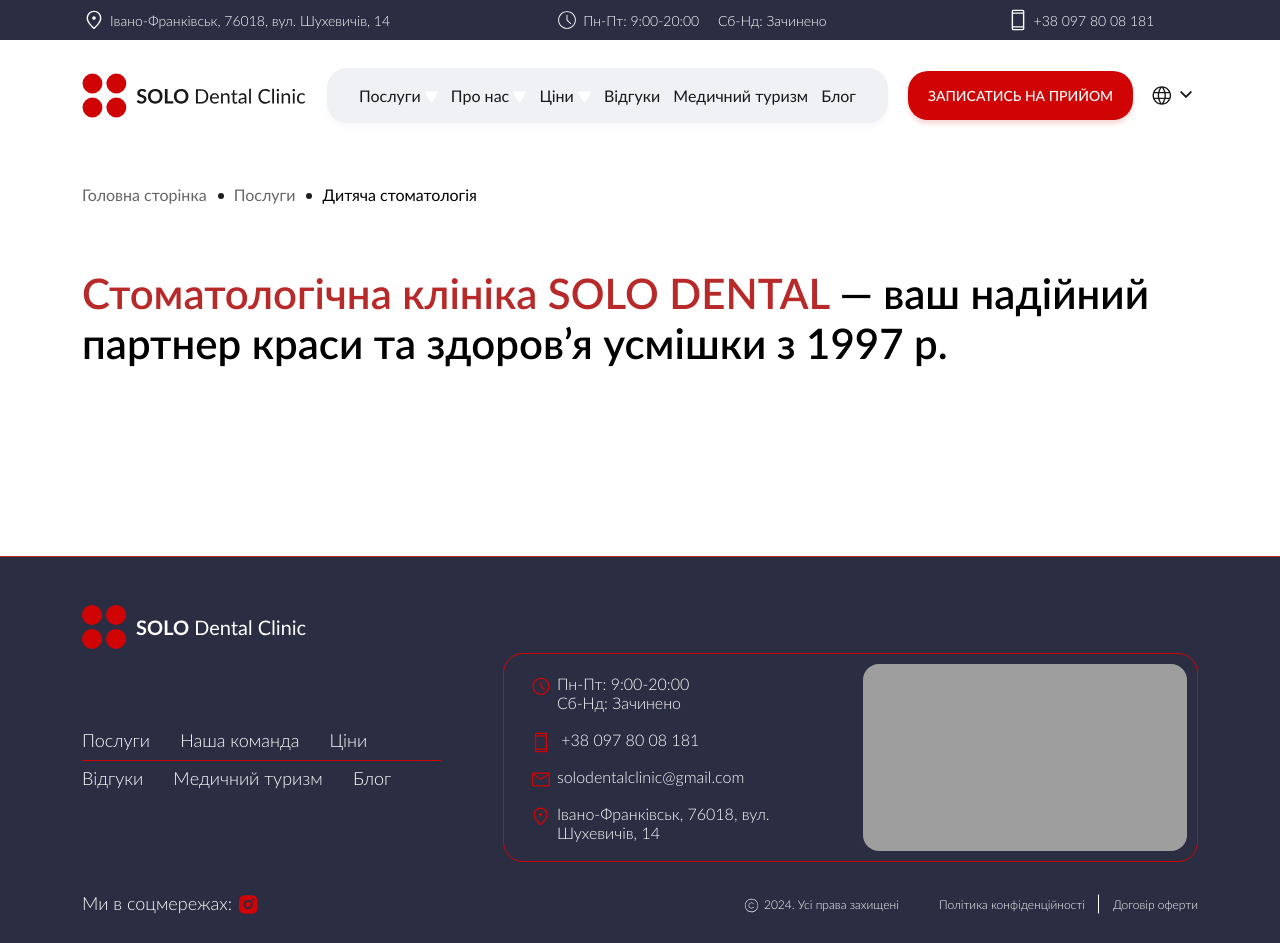
Repository: TarasDutchak/dental-clinic
Page: pediatric-dentistry.html
An editor plug-in stored every save of this project. The page is shown before and after the next save, followed by the edit.
The browser window is 1280 px wide. The pictures show the whole page.
Pictures or frames that could not be fetched are drawn as grey boxes.

Above is the page before, as saved 2024-12-31 07:34:06.

After the next save:
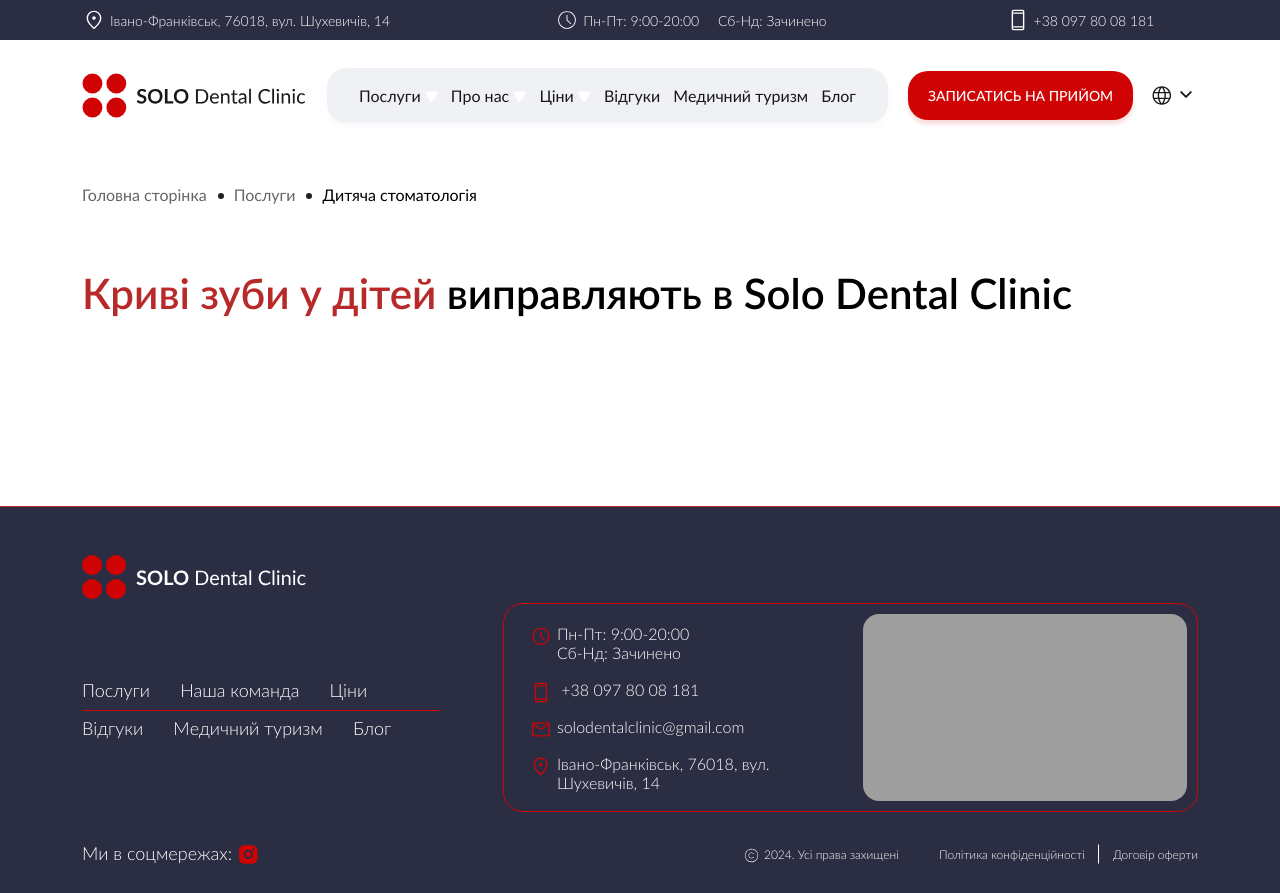
Saved 13 s later.
--- a/pediatric-dentistry.html
+++ b/pediatric-dentistry.html
@@ -165,10 +165,13 @@
         <section class="aboutsect">
             <div class="container">
                 <h1>
-                    <span>Стоматологічна клініка SOLO DENTAL</span> — ваш надійний партнер краси та здоров’я усмішки з
-                    1997 р.
+                    <span>Криві зуби у дітей</span> виправляють в Solo Dental Clinic
+
                 </h1>
             </div>
+
+
+
 
         </section>
 
